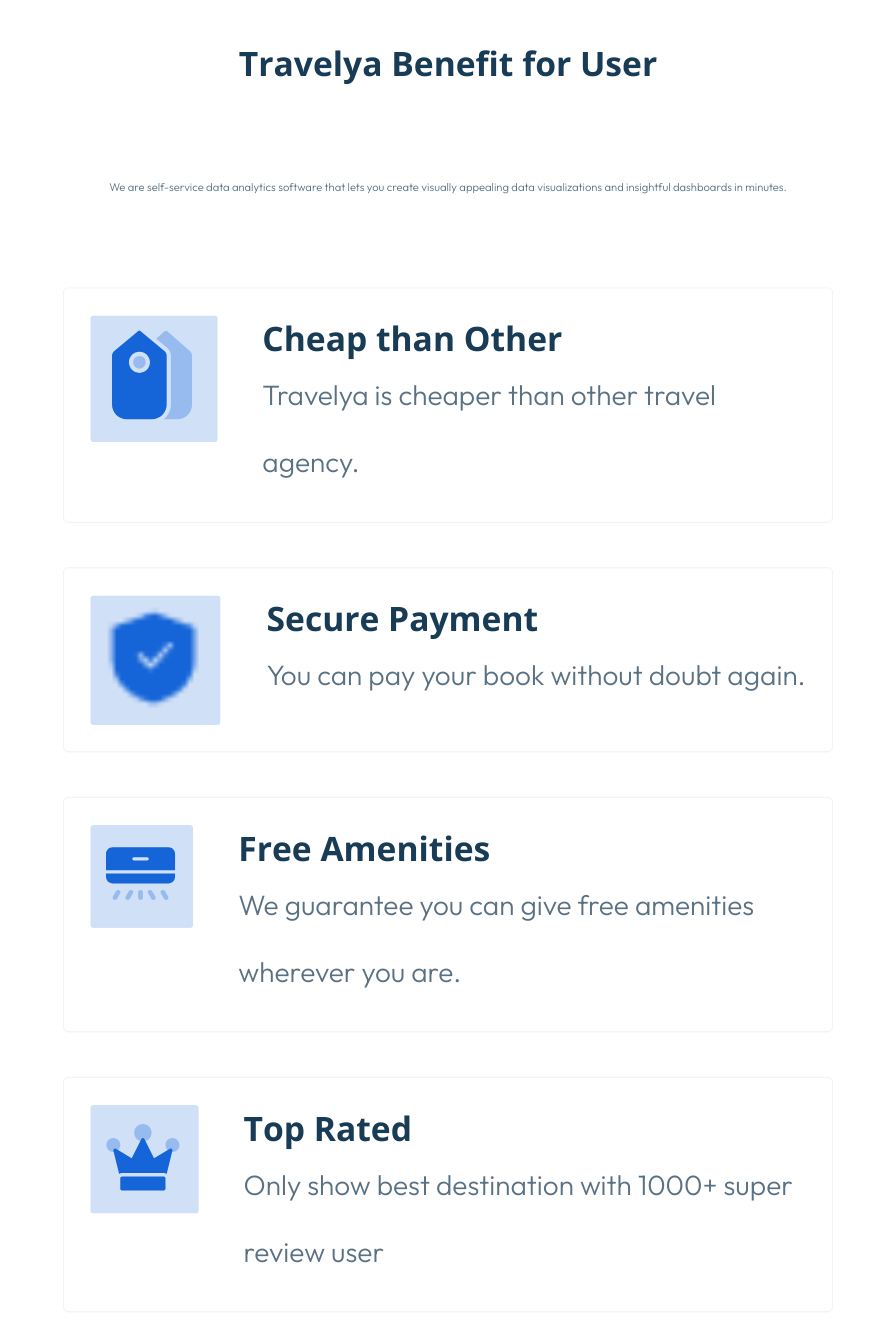
Repository: daviHmoraes/frontcomtailwind
Page: index.html
The author's editor kept a copy of each file at every save. The page is drawn from the files as they stood at one save, then again after a run of saves.
The browser window is 1280 px wide. The pictures show the part of the page from y = 3011 to 4931 px (the page is 17150 px tall before and 17342 px after), at 70% of full size.
A picture or video elsewhere on the page could not be fetched, so the positions and the page height are approximate.

Above is the page before, as saved 2026-09-01 15:29:35.

After the next 2 saves:
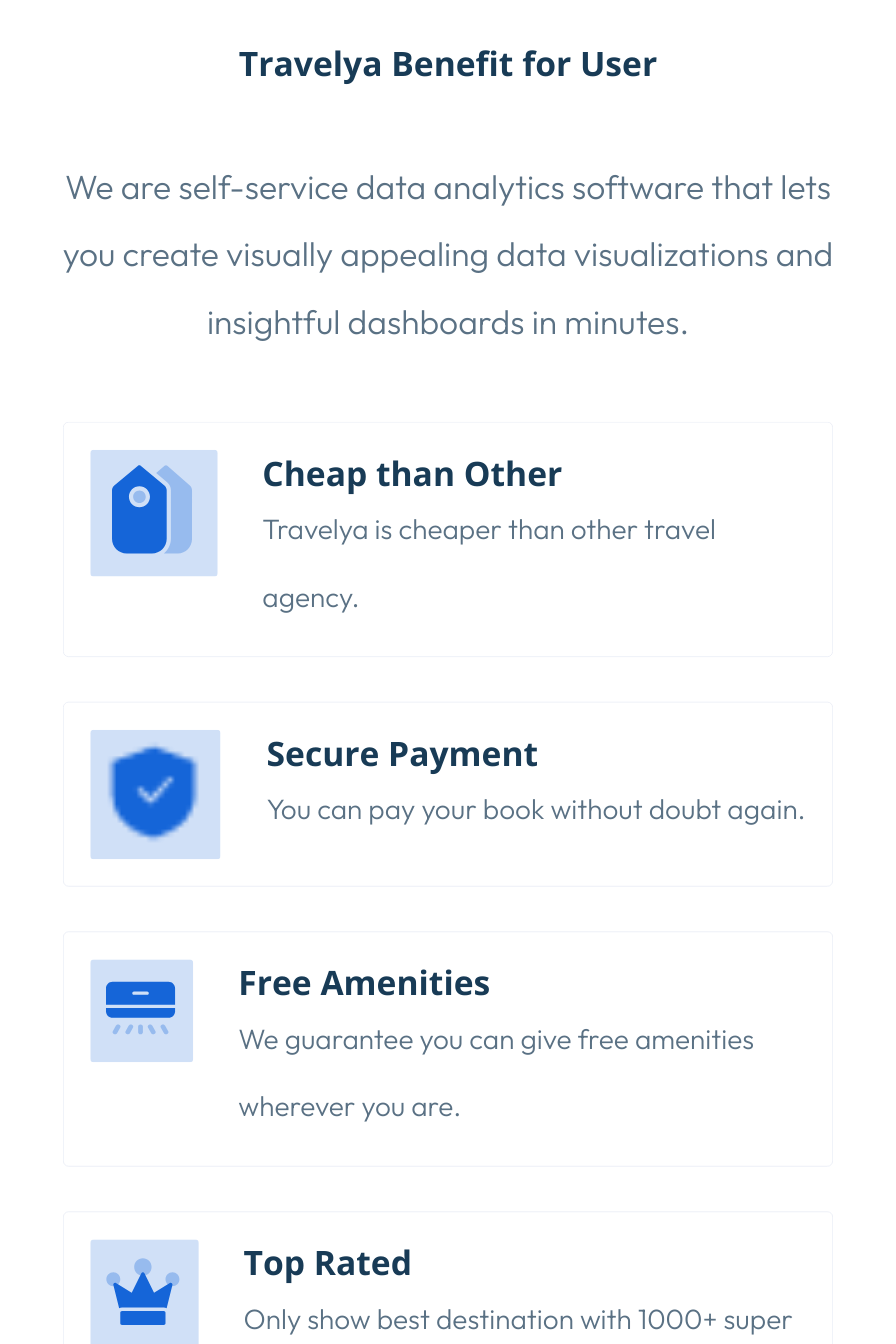
The 2 saves are shown as one change because they came seconds apart.
The last was saved 14 s later.
--- a/css/style.css
+++ b/css/style.css
@@ -183,7 +183,7 @@ form label {
 }
 
 .benefits p {
-    font-size: clamp(0.5rem, 5vw, 3rem)c;
+    font-size: var(--clamp-16px);
     color: var(--secondary-text-color);
     font-weight: 300;
     line-height: 7.5vw;
